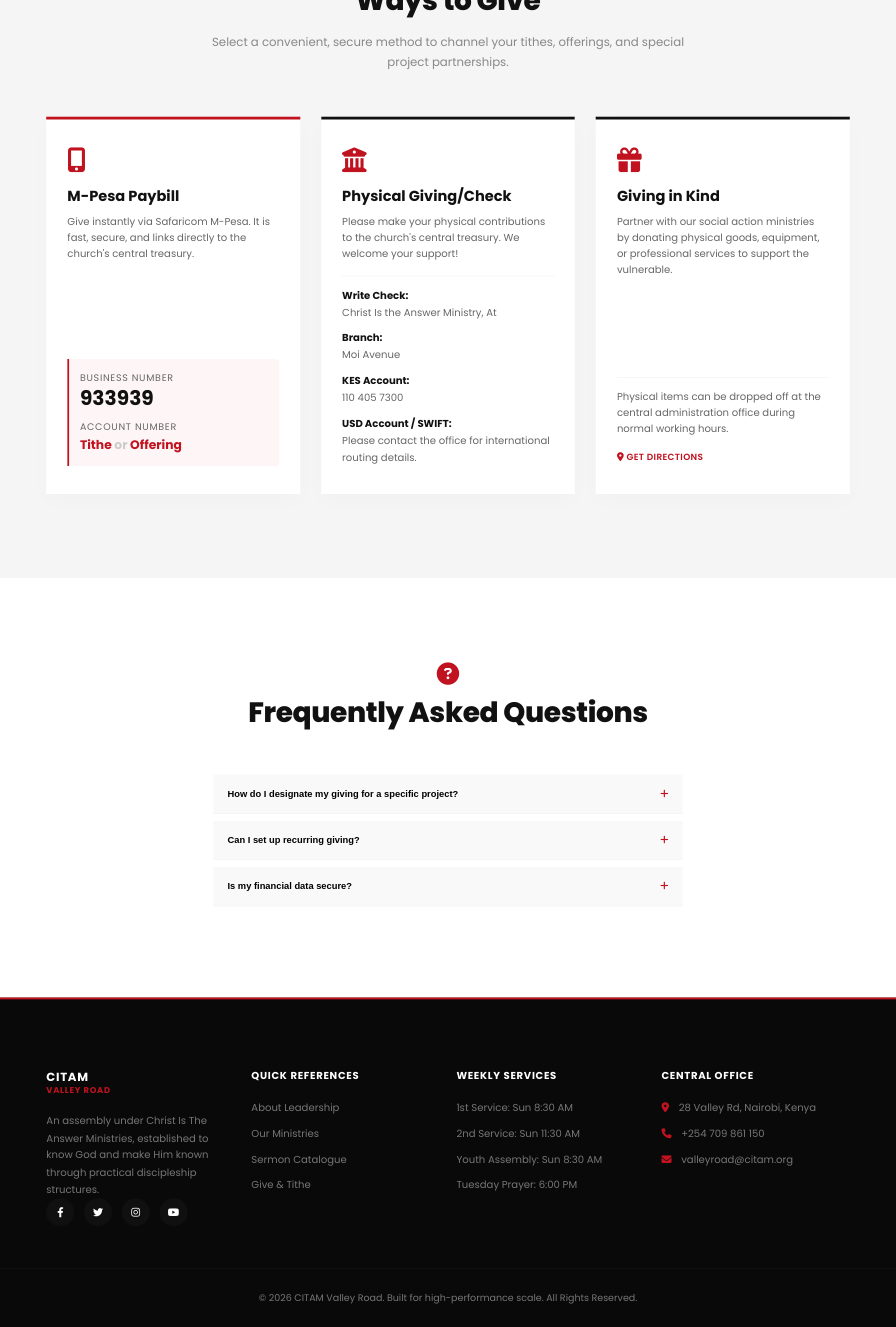
Repository: jereworks/CITAMVRD-Website
Page: give.html
An editor plug-in stored every save of this project. The page is shown before and after the next save, followed by the edit.
The browser window is 1280 px wide. The pictures show the part of the page from y = 654 to 2574 px (the page is 2550 px tall before and 2574 px after), at 70% of full size.

Above is the page before, as saved 2026-06-11 16:56:04.

After the next save:
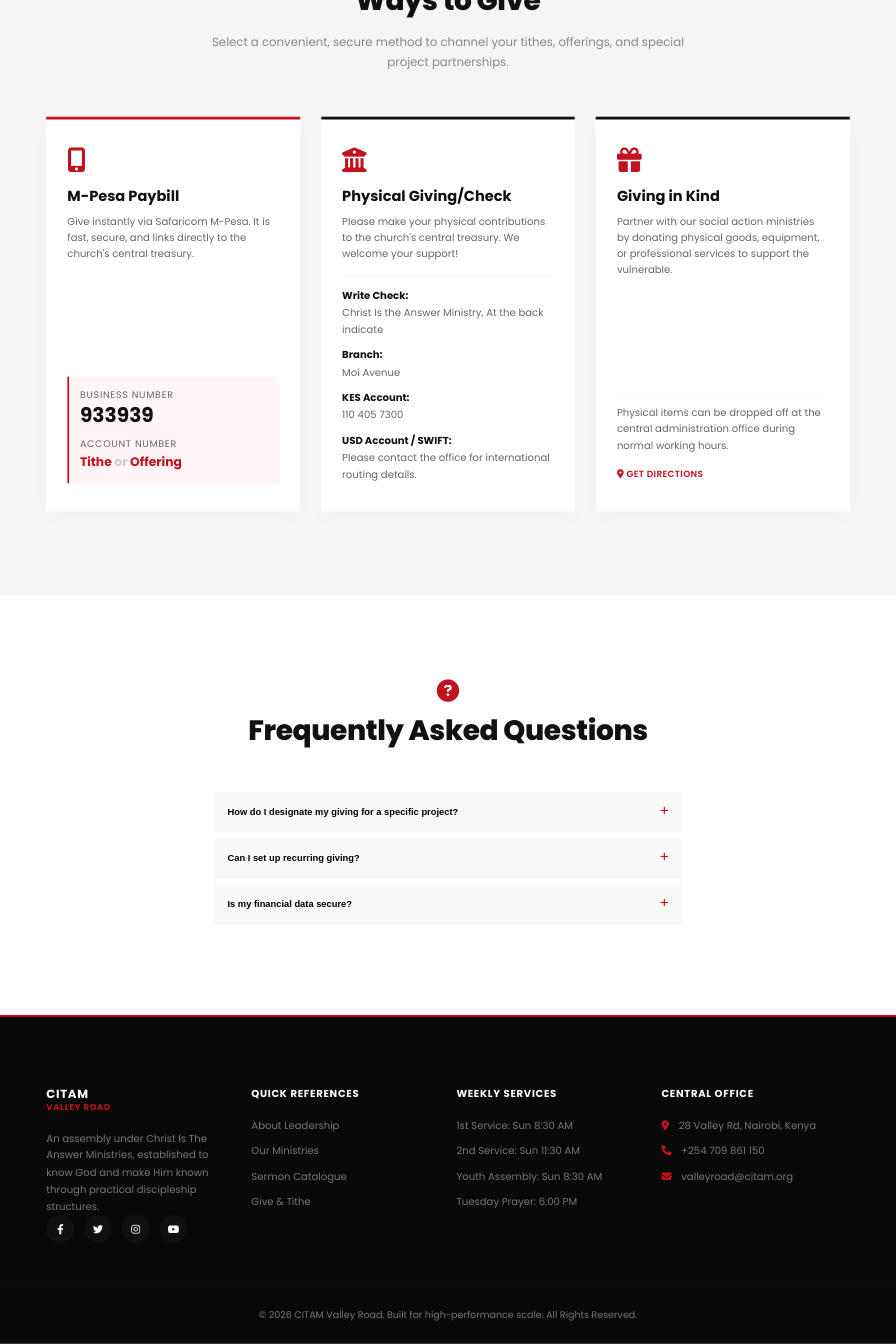
Saved 7 s later.
--- a/give.html
+++ b/give.html
@@ -113,7 +113,7 @@
                         <ul style="list-style: none; font-size: 0.9rem;">
                             <li style="margin-bottom: 12px;">
                                 <strong style="color: var(--dark); display: block;">Write Check:</strong>
-                                Christ Is the Answer Ministry, At
+                                Christ Is the Answer Ministry, At the back indicate
                             </li>
                             <li style="margin-bottom: 12px;">
                                 <strong style="color: var(--dark); display: block;">Branch:</strong>
